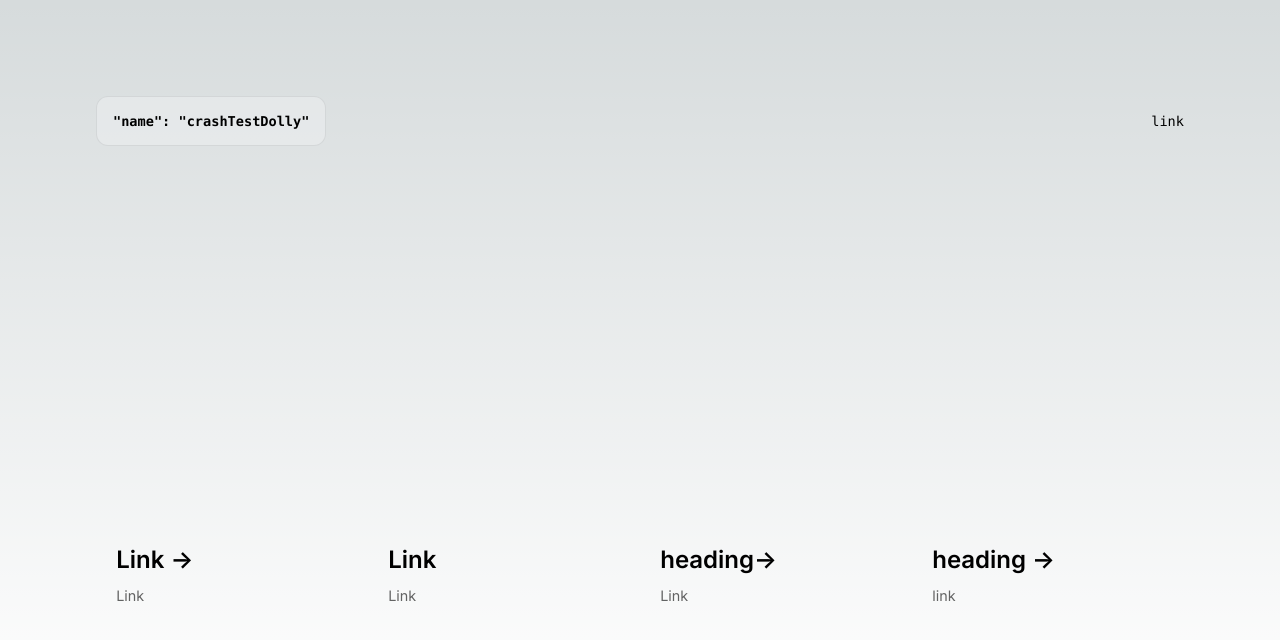
Repository: ajenstory/jencorbett.dev
Page: / (app in app/)
These files come from the project's save history. The page is drawn as it stood at one moment and after the next save; the edit follows.
The browser window is 1280 px wide. The pictures show the whole page.
The project was rebuilt for these pictures with package versions that can differ from the ones it lists, and the page was loaded fresh each time. The framework's server and built-in components were replaced by stand-ins that run in the browser. Also part of the build but not shown: app/next.config.js.

Above is the page before, as saved 2023-03-18 18:00:49.

After the next save:
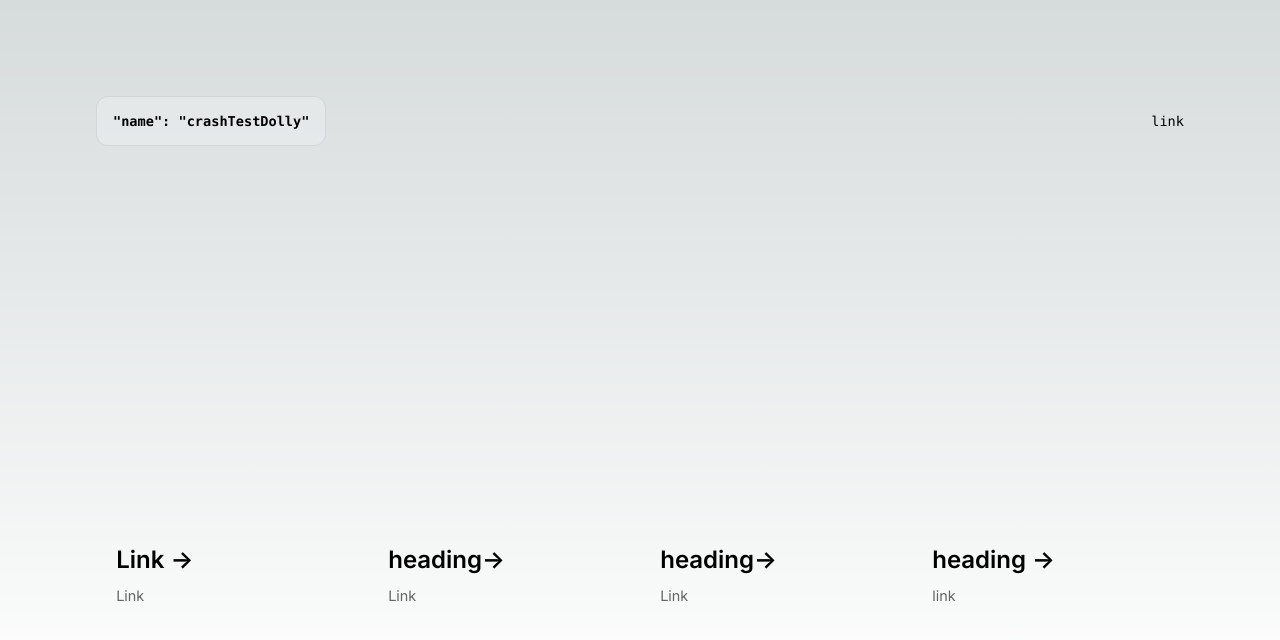
Saved 7 s later.
--- a/app/pages/index.js
+++ b/app/pages/index.js
@@ -57,7 +57,9 @@ export default function Home() {
             target='_blank'
             rel='noopener noreferrer'
           >
-            <h2 className={inter.className}>Link</h2>
+            <h2 className={inter.className}>
+              heading<span>-&gt;</span>
+            </h2>
             <p className={inter.className}>Link</p>
           </a>
           <a
